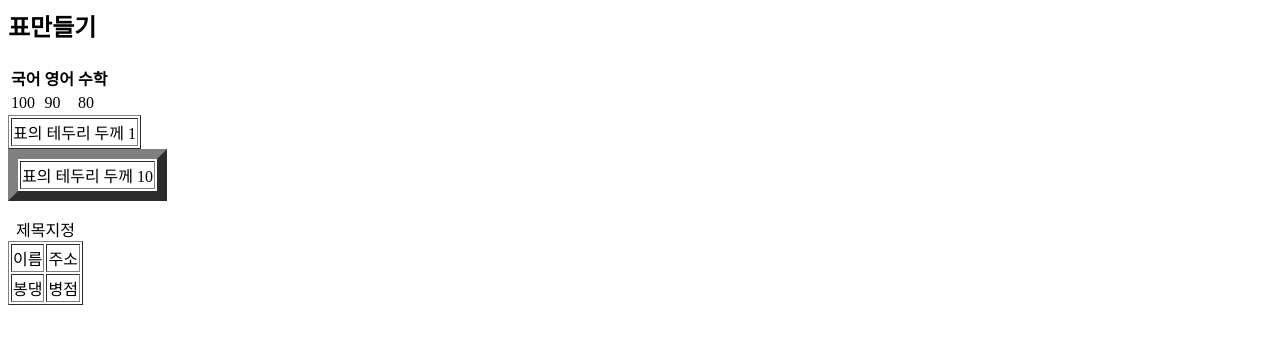
Repository: kisunssong/jsp
Page: http://localhost/test/table.jsp
An editor plug-in stored every save of this project. The page is shown before and after the next save, followed by the edit.
The browser window is 1280 px wide. The pictures show the whole page.
The page is served by Tomcat 9.

Above is the page before, as saved 2020-10-28 13:57:57.

### test/WebContent/table.jsp
<%@ page language="java" contentType="text/html; charset=EUC-KR"
    pageEncoding="EUC-KR"%>
<HTML>
<HEAD><TITLE>표만들기 시작~</TITLE></HEAD>
<H2>표만들기</H2>
<TABLE>
<TR><TH>국어<TH>영어<TH>수학</TR>
<!-- TR은 ROW 하나의 행을 구분 을 지정) -->
<!-- TH은 COLUMN 윗줄에 제목 지정 -->
<TR><TD>100<TD>90<TD>80</TR>
<!-- TD은 COLUMN에 밑에 데이터를 지정 -->
</TABLE>

<TABLE BORDER="1">
<!-- 테이블의 BORDER=테두리두께 -->
<TR><TD>표의 테두리 두께 1</TR>
<TABLE BORDER="10">
<TR><TD>표의 테두리 두께 10</TR>
</TABLE><P>

<TABLE BORDER="1">
<CAPTION ALIGN="MIDDLE">제목지정</CAPTION>
<TR><TD>이름<TD>주소</TR>
<TR><TD>봉댕<TD>병점</TR>
</TABLE>

</HTML>

After the next save:
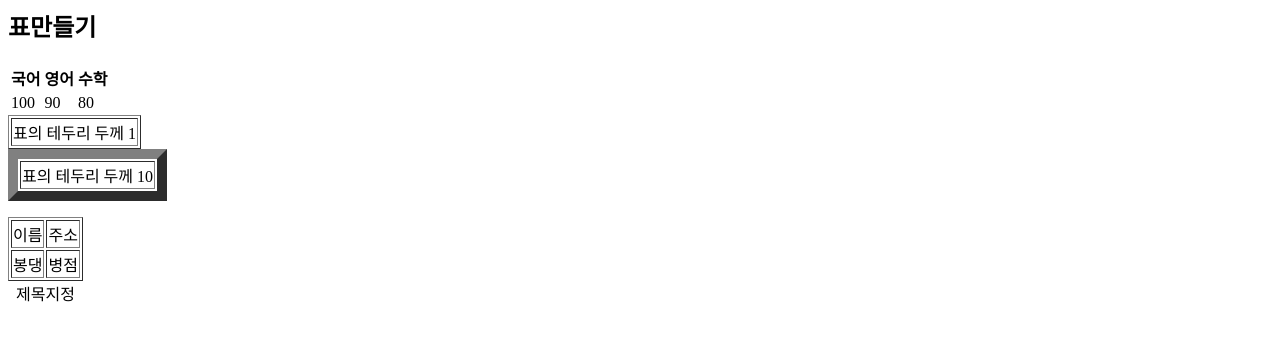
Saved 8 s later.
--- a/test/WebContent/table.jsp
+++ b/test/WebContent/table.jsp
@@ -19,7 +19,7 @@
 </TABLE><P>
 
 <TABLE BORDER="1">
-<CAPTION ALIGN="MIDDLE">제목지정</CAPTION>
+<CAPTION ALIGN="BOTTOM">제목지정</CAPTION>
 <TR><TD>이름<TD>주소</TR>
 <TR><TD>봉댕<TD>병점</TR>
 </TABLE>

After the save that followed:
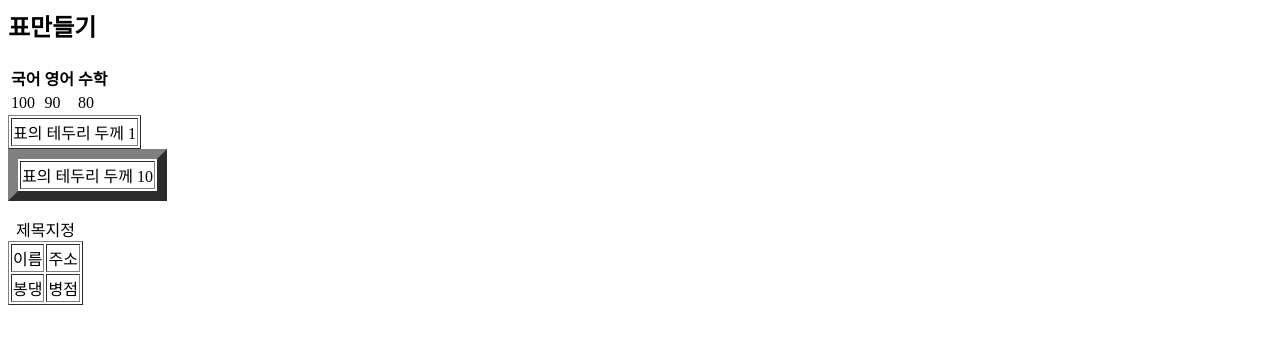
Saved 7 s later.
--- a/test/WebContent/table.jsp
+++ b/test/WebContent/table.jsp
@@ -19,7 +19,7 @@
 </TABLE><P>
 
 <TABLE BORDER="1">
-<CAPTION ALIGN="BOTTOM">제목지정</CAPTION>
+<CAPTION ALIGN="TOP">제목지정</CAPTION>
 <TR><TD>이름<TD>주소</TR>
 <TR><TD>봉댕<TD>병점</TR>
 </TABLE>
